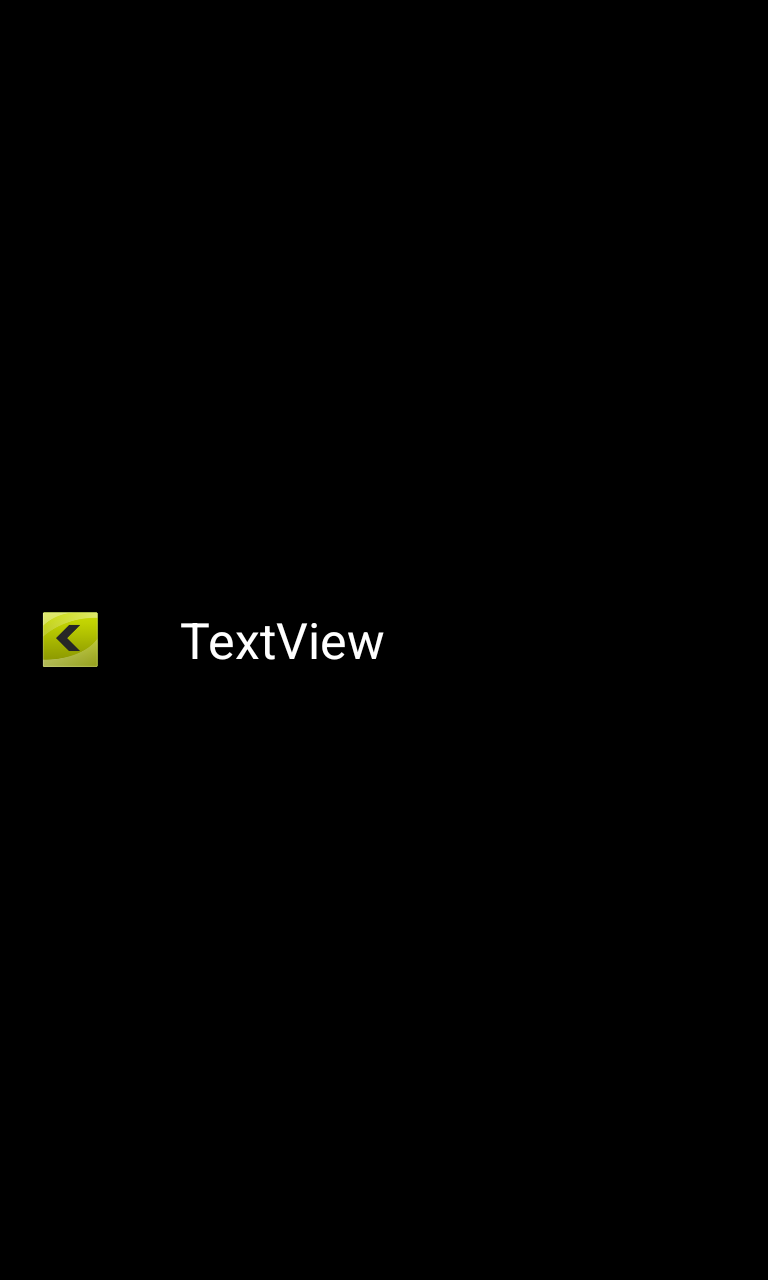
Repository: jeissie/MakeMoney
Layout: MakeMoney/res/layout/frame_left_menu_item.xml
The author's editor kept a copy of each file at every save. The layout is drawn from the files as they stood at one save, then again after the next save.
It is drawn on a 768 x 1280 px phone screen (xhdpi) without system bars, with theme AppTheme; the app's code is not run.

Above is the layout before, as saved 2014-01-03 15:35:09.

After the next save:
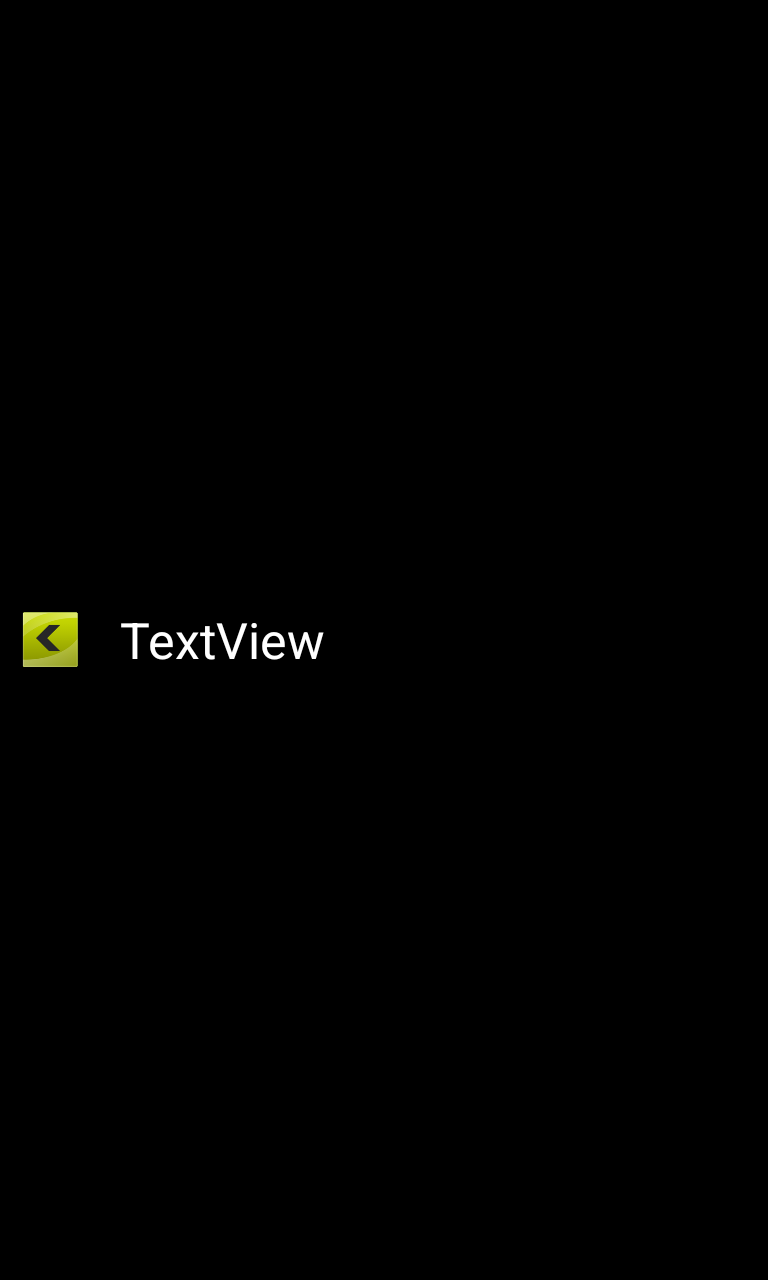
Saved 58 s later.
--- a/MakeMoney/res/layout/frame_left_menu_item.xml
+++ b/MakeMoney/res/layout/frame_left_menu_item.xml
@@ -13,7 +13,8 @@
         android:layout_centerVertical="true"
         android:layout_marginLeft="10dp"
         android:src="@drawable/back"
-        android:layout_margin="20dp"/>
+        android:layout_marginTop="10dp"
+        android:layout_marginBottom="10dp"/>
 
     <TextView
         android:id="@+id/text"
